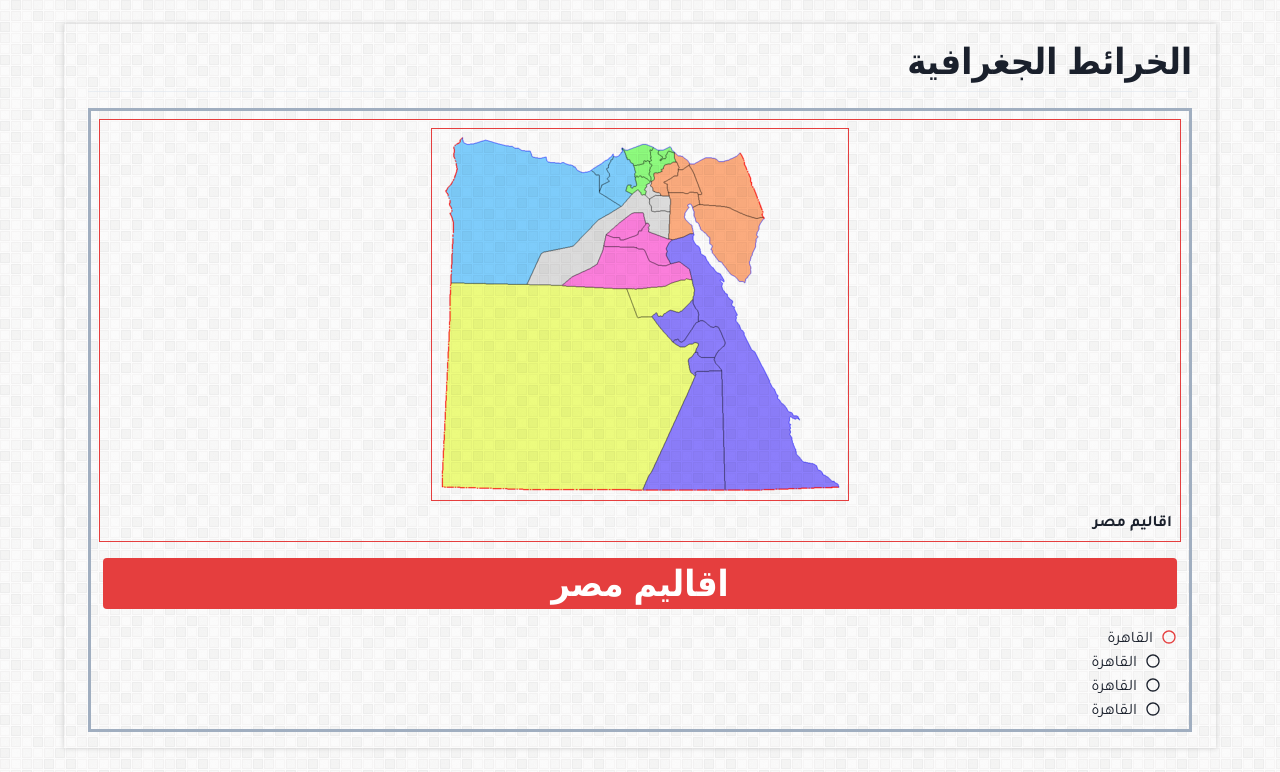
Repository: ahmed-mohamed-eng/egypt-gov-map
Page: /
These files come from the project's save history. The page is drawn as it stood at one moment and after the next save; the edit follows.
The browser window is 1280 px wide. The pictures show the whole page.
Some web fonts or font styles are not loaded; a fallback is used. The project was rebuilt for these pictures with package versions that can differ from the ones it lists, and the page was loaded fresh each time. The framework's server and built-in components were replaced by stand-ins that run in the browser. Also part of the build but not shown: next.config.js.

Above is the page before, as saved 2022-05-30 13:43:58.

After the next save:
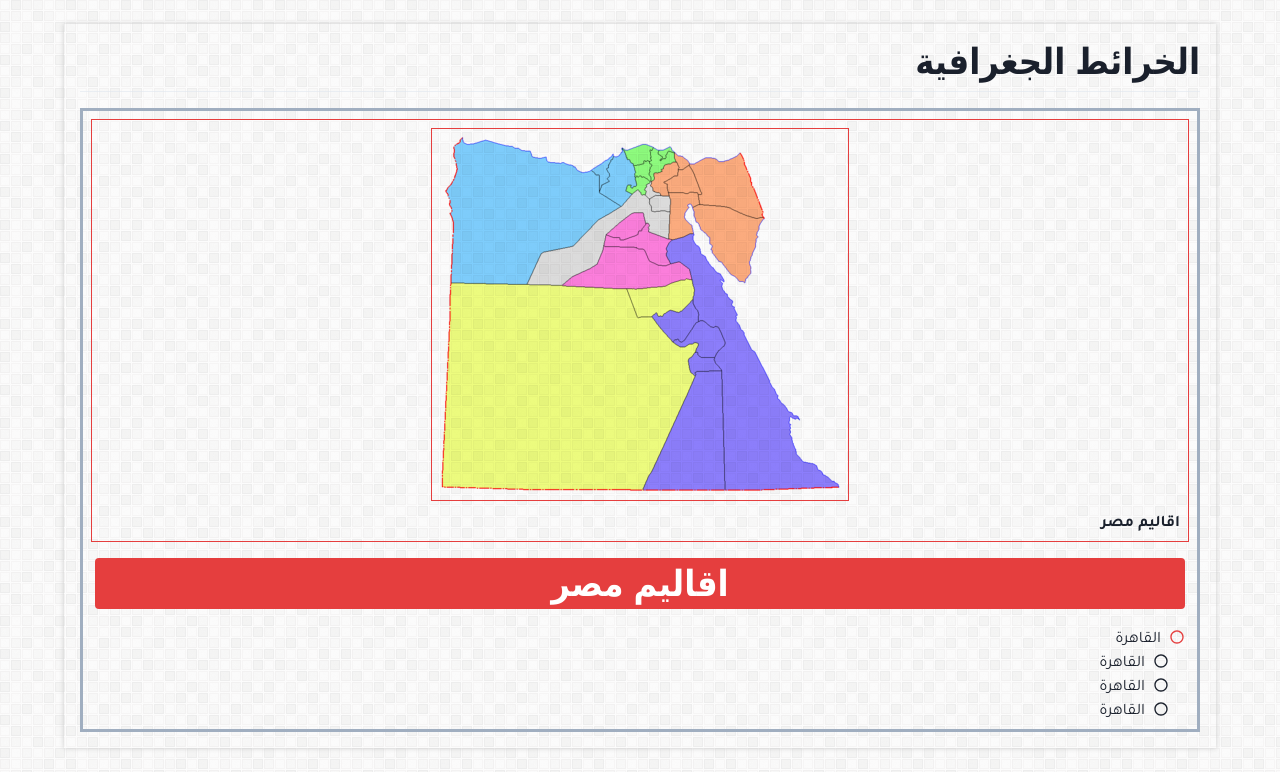
Saved 8 s later.
--- a/components/PageContainer/PageContainer.tsx
+++ b/components/PageContainer/PageContainer.tsx
@@ -11,7 +11,7 @@ export const PageContainer = (props: any) => {
           minH="95vh"
           boxShadow="0 0 5px #CACACA"
           py="1rem"
-          px="1.5rem"
+          px="1rem"
           spacing="1rem"
         >
           {props.children}
